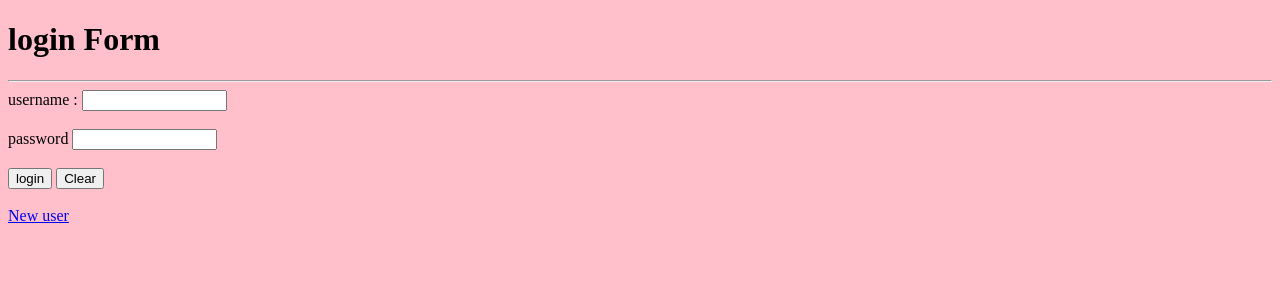
Repository: ajlazy/Day10
Page: LoginApp/WebContent/Login.html
The author's editor kept a copy of each file at every save. The page is drawn from the files as they stood at one save, then again after the next save.
The browser window is 1280 px wide. The pictures show the whole page.

Above is the page before, as saved 2018-09-05 12:01:41.

After the next save:
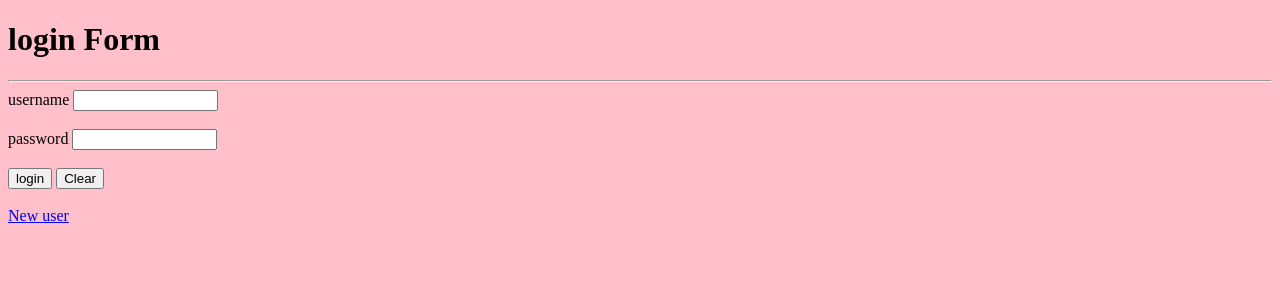
Saved 3 min 48 s later.
--- a/LoginApp/WebContent/Login.html
+++ b/LoginApp/WebContent/Login.html
@@ -8,7 +8,7 @@
 <h1>login Form</h1>
 <hr>
 <form action="login" method="post">
-<label> username :</label>
+<label> username</label>
 <input type="text" name="username" size="15"/>
 <br><br>
 <label>password</label>
